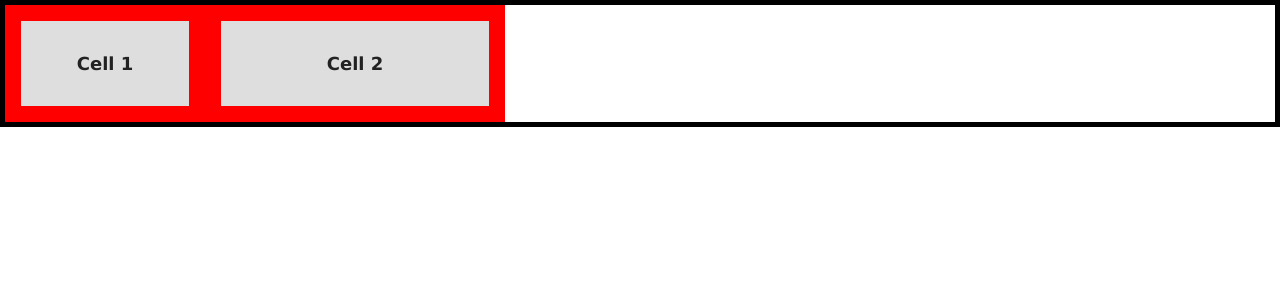
Repository: Ndifoinhilary/css_grid
Page: css-grid-learn/index.html
An editor plug-in stored every save of this project. The page is shown before and after the next save, followed by the edit.
The browser window is 1280 px wide. The pictures show the whole page.

Above is the page before, as saved 2024-01-24 12:29:30.

### css-grid-learn/index.html
<!DOCTYPE html>
<html lang="en">
<head>
    <meta charset="UTF-8">
    <meta name="viewport" content="width=device-width, initial-scale=1.0">
    <title>Css grid</title>
    <link rel="stylesheet" href="/css-grid-learn/main.css">
</head>
<body>
    <div class="container">
        <div class="cell">cell 1</div>
        <div class="cell">cell 2</div>
    </div>
</body>
</html>

### css-grid-learn/main.css
*{
    margin: 0;
    padding: 0;
    box-sizing: border-box;
}

body{
    font-family: Verdana, Geneva, Tahoma, sans-serif;
    color: #222;
}

.container{
    border: 5px solid black;
}

.cell{
    background: #dedede;
    text-transform: capitalize;
    text-align: center;
    font-weight: bold;
    padding: 2rem;
    font-size: large;
    border:1rem solid red;
}

.container{
    display: grid;
    grid-template-columns: 200px 300px;
}


/* .container{
    display: flex;
    justify-content: space-between;

} */

After the next save:
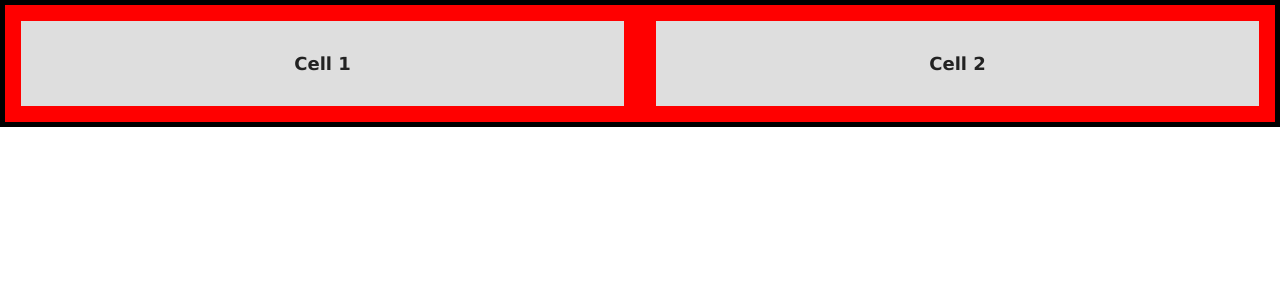
Saved 3 min 47 s later.
--- a/css-grid-learn/main.css
+++ b/css-grid-learn/main.css
@@ -25,7 +25,7 @@
 
 .container{
     display: grid;
-    grid-template-columns: 200px 300px;
+    grid-template-columns: 50% 50%;
 }
 
 

After the save that followed:
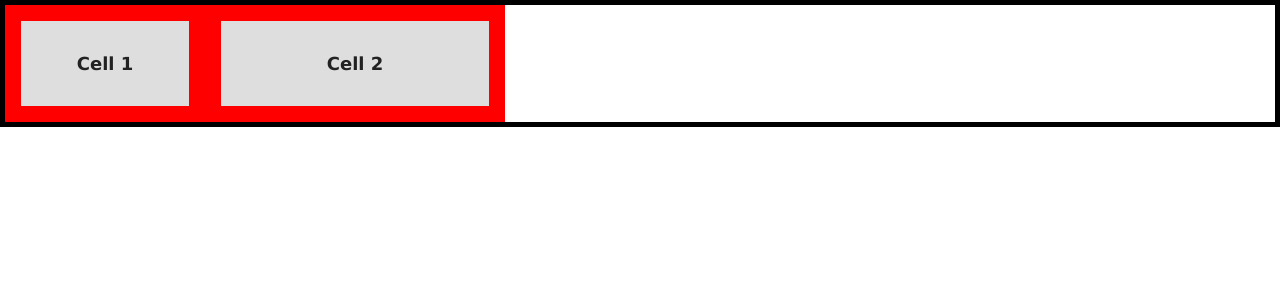
Saved 22 s later.
--- a/css-grid-learn/main.css
+++ b/css-grid-learn/main.css
@@ -25,7 +25,7 @@
 
 .container{
     display: grid;
-    grid-template-columns: 50% 50%;
+    grid-template-columns: 200px 300px;
 }
 
 
